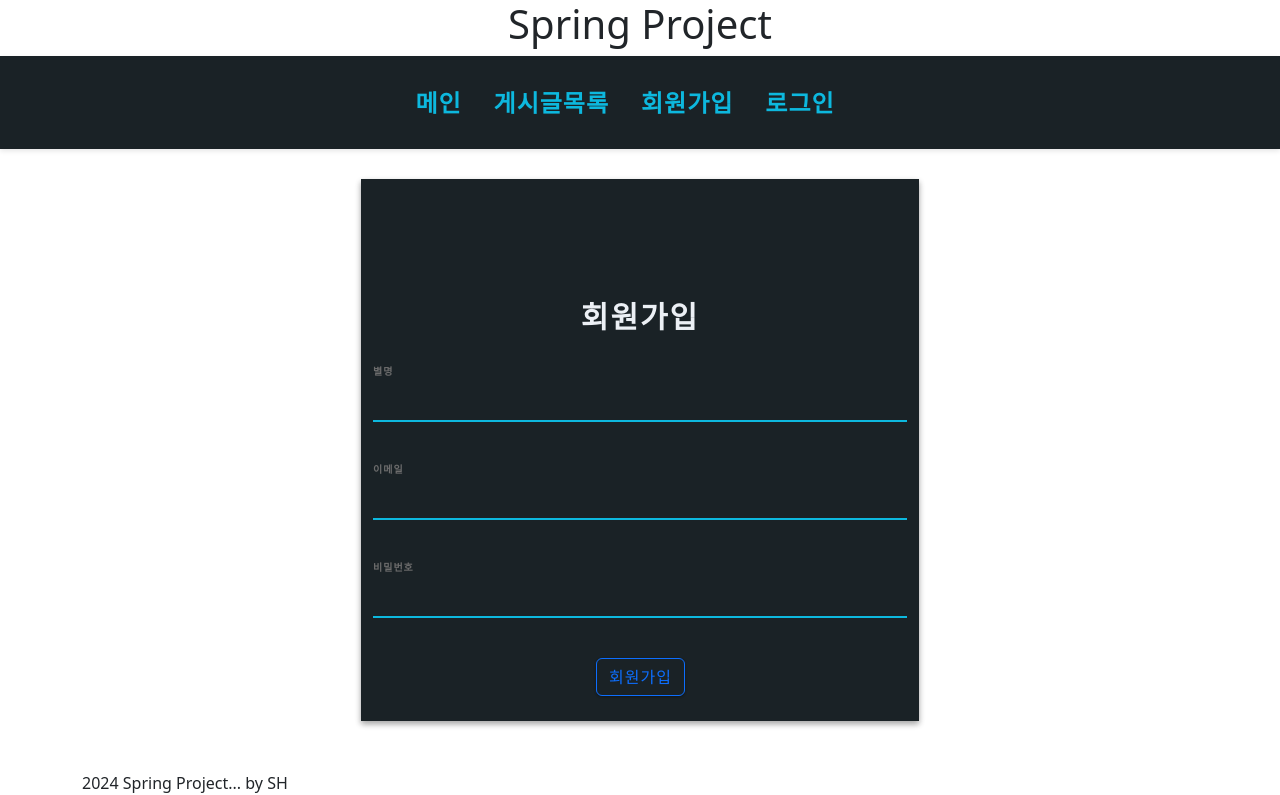
Repository: dtkd19/spring_personal_project
Page: http://localhost/myproject/WEB-INF/views/user/register.jsp
An editor plug-in stored every save of this project. The page is shown before and after the next save, followed by the edit.
The browser window is 1280 px wide. The pictures show the whole page.
The page is served by Tomcat 9. Nobody is signed in. Other server files are loaded and not shown. The template is opened directly, without the code that normally fills it, so the values that code supplies are empty.

Above is the page before, as saved 2024-11-08 07:09:29.

### myproject/src/main/webapp/WEB-INF/views/user/register.jsp
<%@ page language="java" contentType="text/html; charset=UTF-8"
	pageEncoding="UTF-8"%>
<%@ taglib uri="http://java.sun.com/jsp/jstl/core" prefix="c"%>
<link href="../resources/css/login.css" rel="stylesheet"/>
<jsp:include page="../layout/header.jsp" />

<div class="container-md">

	<div class="container">
		<div class="row">
			<div class="col-lg-3 col-md-2"></div>
			<div class="col-lg-6 col-md-8 login-box">
				<div class="col-lg-12 login-key">
					<i class="fa fa-key" aria-hidden="true"></i>
				</div>
				<div class="col-lg-12 login-title">회원가입</div>

				<div class="col-lg-12 login-form">
					<div class="col-lg-12 login-form">
						<form action="/user/register" method="post">

							<div class="form-group">
								<label class="form-control-label">별명</label>
								<input type="text" class="form-control" name="nickName">
							</div>
							<div class="form-group">
								<label class="form-control-label">이메일</label>
								<input type="text" class="form-control" name="email">
							</div>
							<div class="form-group">
								<label class="form-control-label">비밀번호</label>
								<input type="password" class="form-control" name="pwd">
							</div>
							<div class="col-lg-12 loginbttm">
								<div class="col-lg-6 login-btm login-text">
									<!-- Error Message -->
								</div>
								<div class="col-lg-6 login-btm login-button sBtn">
									<button type="submit" class="btn btn-outline-primary">회원가입</button>
								</div>
							</div>
						</form>
					</div>
				</div>
				<div class="col-lg-3 col-md-2"></div>
			</div>
		</div>
	</div>
</div>

<jsp:include page="../layout/footer.jsp" />

### myproject/src/main/webapp/WEB-INF/views/layout/header.jsp
<%@ page language="java" contentType="text/html; charset=UTF-8"
    pageEncoding="UTF-8"%><%@ taglib uri="http://java.sun.com/jsp/jstl/core" prefix="c"%>

 <%@ taglib uri="http://www.springframework.org/security/tags" prefix="sec" %>

<!DOCTYPE html>
<html>
<head>
<meta charset="UTF-8">
<title>header.jsp</title>
<link href="../resources/css/header.css" rel="stylesheet"/>
<link href="https://cdn.jsdelivr.net/npm/bootstrap@5.3.3/dist/css/bootstrap.min.css" rel="stylesheet" integrity="sha384-QWTKZyjpPEjISv5WaRU9OFeRpok6YctnYmDr5pNlyT2bRjXh0JMhjY6hW+ALEwIH" crossorigin="anonymous">
<script src="https://cdn.jsdelivr.net/npm/bootstrap@5.3.3/dist/js/bootstrap.bundle.min.js" integrity="sha384-YvpcrYf0tY3lHB60NNkmXc5s9fDVZLESaAA55NDzOxhy9GkcIdslK1eN7N6jIeHz" crossorigin="anonymous"></script>
</head>
<body>

<h1 style="text-align: center;">
	Spring Project
</h1>
<ul class="nav justify-content-center nbar">
  <li class="nav-item">
    <h4><a class="nav-link active" aria-current="page" href="/">메인</a></h4>
  </li>
  <li class="nav-item">
    <h4> <a class="nav-link" href="/board/list">게시글목록</a></h4>
  </li>
  <sec:authorize access="isAnonymous()">
  <li class="nav-item">
     <h4><a class="nav-link" href="/user/register">회원가입</a></h4>
  </li>
  <li class="nav-item">
    <h4> <a class="nav-link" href="/user/login">로그인</a></h4>
  </li>
  </sec:authorize>

  <sec:authorize access="isAuthenticated()">
  <sec:authentication property="principal.uvo.authList" var="auths"/>
	  <li class="nav-item">
		  <h4> <a class="nav-link" href="/board/register">글쓰기</a></h4>
	  </li>
	  <li class="nav-item">
		  <h4> <a class="nav-link" href="/user/mypage">내정보</a></h4>
	  </li>
	  <c:if test="${auths.stream().anyMatch(authVO -> authVO.auth.equals('ROLE_ADMIN')).get()}">
	    <li class="nav-item">
	       <h4> <a class="nav-link text-danger" href="/user/list">사용자목록</a></h4>
	    </li>
	  </c:if>
	  <li class="nav-item">
		   <h4><a class="nav-link" href="/user/logout">로그아웃</a></h4>
	  </li>
  </sec:authorize>
</ul>

</body>
</html>

### myproject/src/main/webapp/WEB-INF/views/layout/footer.jsp
<%@ page language="java" contentType="text/html; charset=UTF-8"
    pageEncoding="UTF-8"%>
<%@ taglib uri="http://java.sun.com/jsp/jstl/core" prefix="c"%>

	<div class="container-md">
		<div style= "vertical-align: middle; margin-top: 50px" >
		2024 Spring Project... by SH
		</div>
	</div>
</body>
</html>

### myproject/src/main/webapp/resources/css/login.css
@charset "UTF-8";
body {
    background: #222D32;
    font-family: 'Roboto', sans-serif;
}

.login-box {
    margin-top: 75px;
    height: auto;
    background: #1A2226;
    text-align: center;
    box-shadow: 0 3px 6px rgba(0, 0, 0, 0.16), 0 3px 6px rgba(0, 0, 0, 0.23);
}

.login-key {
    height: 100px;
    font-size: 80px;
    line-height: 100px;
    background: -webkit-linear-gradient(#27EF9F, #0DB8DE);
    -webkit-background-clip: text;
    -webkit-text-fill-color: transparent;
}

.login-title {
    margin-top: 15px;
    text-align: center;
    font-size: 30px;
    letter-spacing: 2px;
    margin-top: 15px;
    font-weight: bold;
    color: #ECF0F5;
}

.login-form {
    margin-top: 25px;
    text-align: left;
}

input[type=text] {
    background-color: #1A2226;
    border: none;
    border-bottom: 2px solid #0DB8DE;
    border-top: 0px;
    border-radius: 0px;
    font-weight: bold;
    outline: 0;
    margin-bottom: 20px;
    padding-left: 0px;
    color: #ECF0F5;
}

input[type=password] {
    background-color: #1A2226;
    border: none;
    border-bottom: 2px solid #0DB8DE;
    border-top: 0px;
    border-radius: 0px;
    font-weight: bold;
    outline: 0;
    padding-left: 0px;
    margin-bottom: 20px;
    color: #ECF0F5;
}

.form-group {
    margin-bottom: 40px;
    outline: 0px;
}

.form-control:focus {
    border-color: inherit;
    -webkit-box-shadow: none;
    box-shadow: none;
    border-bottom: 2px solid #0DB8DE;
    outline: 0;
    background-color: #1A2226;
    color: #ECF0F5;
}

input:focus {
    outline: none;
    box-shadow: 0 0 0;
}

label {
    margin-bottom: 0px;
}

.form-control-label {
    font-size: 10px;
    color: #6C6C6C;
    font-weight: bold;
    letter-spacing: 1px;
    padding-bottom: 5px;
}

.btn-outline-primary {
    border-color: #0DB8DE;
    color: #0DB8DE;
    border-radius: 0px;
    font-weight: bold;
    letter-spacing: 1px;
    box-shadow: 0 1px 3px rgba(0, 0, 0, 0.12), 0 1px 2px rgba(0, 0, 0, 0.24);
}

.btn-outline-primary:hover {
    background-color: #0DB8DE;
    right: 0px;
}

.login-btm {
    float: left;
}

.login-button {
    padding-right: 0px;
    margin-left : 30px;
    text-align: right;
    margin-bottom: 25px;
}

.login-text {
    text-align: left;
    padding-left: 0px;
    color: #A2A4A4;
}

.loginbttm {
    padding: 0px;
}

.sBtn{
	margin-left: 45px;
}

### myproject/src/main/webapp/resources/css/header.css
@charset "UTF-8";
.nbar{
	width : 100%;
	padding: 15px 30px;
	background-color: #1A2226;
	color: #ECF0F5;
	box-shadow: 0 2px 5px rgba(0, 0, 0, 0.1);
}

.nbar a{
	  color: #0DB8DE;
	  text-decoration: none;
	  font-weight: bold;
	  letter-spacing: 1px;
	  transition: color 0.3s ease;
	  margin-top: 10px;
}
.nbar a:hover {
    color: #0098C;
}

.container-md{
	margin-top: 30px;
}

After the next save:
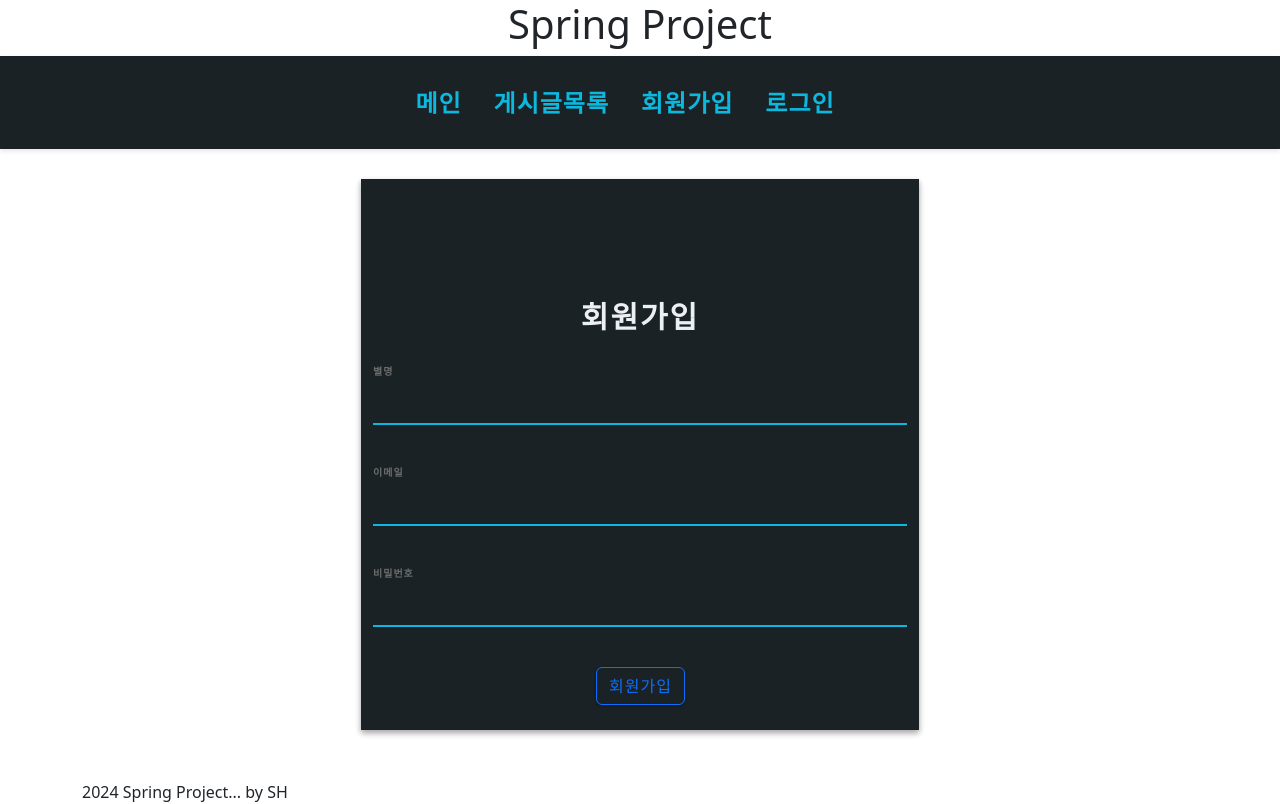
Saved 14 s later.
--- a/myproject/src/main/webapp/resources/css/login.css
+++ b/myproject/src/main/webapp/resources/css/login.css
@@ -91,7 +91,7 @@ label {
     color: #6C6C6C;
     font-weight: bold;
     letter-spacing: 1px;
-    padding-bottom: 5px;
+    padding-bottom: 8px;
 }
 
 .btn-outline-primary {
